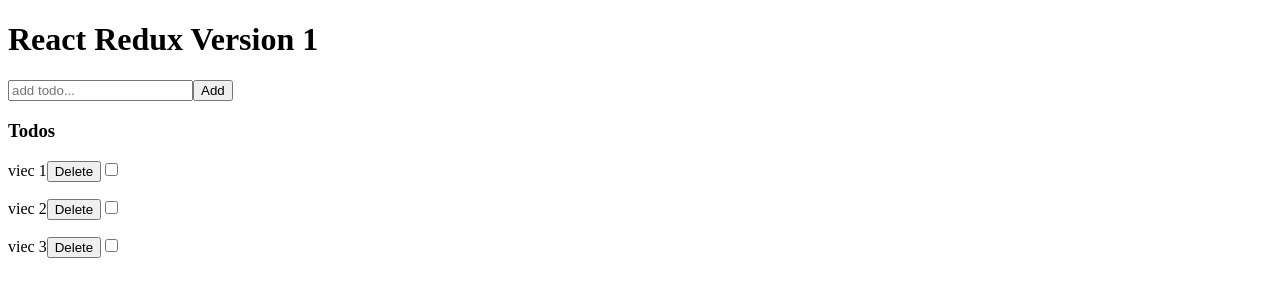
Repository: huynhnt1406/react-redux-tutorial
Page: / (app in react-hooks/)
The author's editor kept a copy of each file at every save. The page is drawn from the files as they stood at one save, then again after the next save.
The browser window is 1280 px wide. The pictures show the whole page.
The project was rebuilt for these pictures with package versions that can differ from the ones it lists, and the page was loaded fresh each time.

Above is the page before, as saved 2021-06-18 20:53:25.

After the next save:
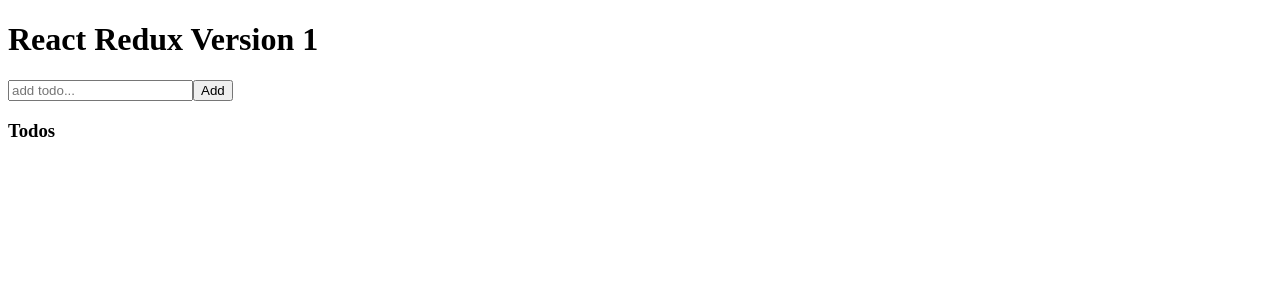
Saved 24 s later.
--- a/react-hooks/src/context/todosContext.js
+++ b/react-hooks/src/context/todosContext.js
@@ -5,23 +5,7 @@ export const TodosContext = createContext()
 
 
 const TodosContextProvider = ({children}) => {
-    const [todos, setTodos] = useState([
-        {
-            id:1,
-            title:'viec 1',
-            completed:false
-        },
-        {
-            id:2,
-            title:'viec 2',
-            completed:false
-        },
-        {
-            id:3,
-            title:'viec 3',
-            completed:false
-        }
-    ])
+    const [todos, setTodos] = useState([])
     const addTodo = (todo) => {
         setTodos([...todos,todo])
     }
